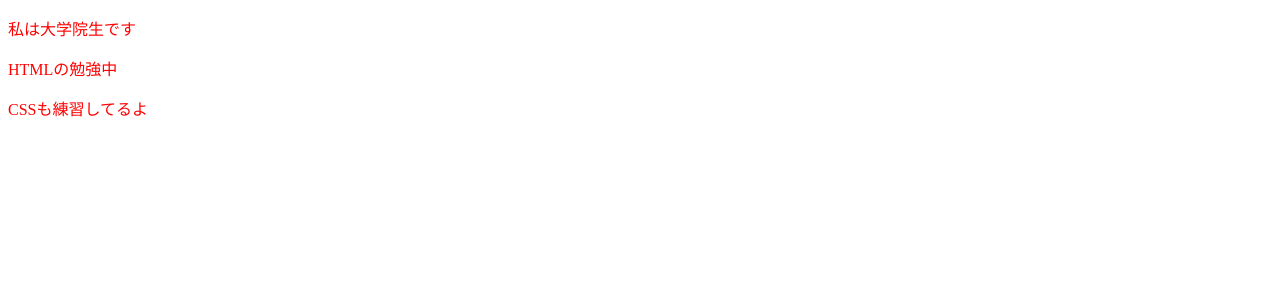
Repository: haruki-N/WebApp
Page: CSS/css_practice.html
The author's editor kept a record of every edit. The page is drawn from the files as they stood at one moment, then again after the next edit.
The browser window is 1280 px wide. The pictures show the whole page.

Above is the page before.

### CSS/css_practice.html
<!DOCTYPE html>
<html lang="ja">
<head>
    <link rel="stylesheet" href="practice.css" type="text/css" />
    <meta charset="UTF-8">
    <title>Practice Page for CSS</title>
</head>
<body>
    <p>私は大学院生です</p>
    <p>HTMLの勉強中</p>
    <p>CSSも練習してるよ</p>
</body>
</html>

### CSS/practice.css
h1, p {/* 複数要素指定 */
    color: red;
}

div p{/* 入れ子構造を指定 */
    color: blue;
}

h2:hover {
    color: green;
}

After the next edit:
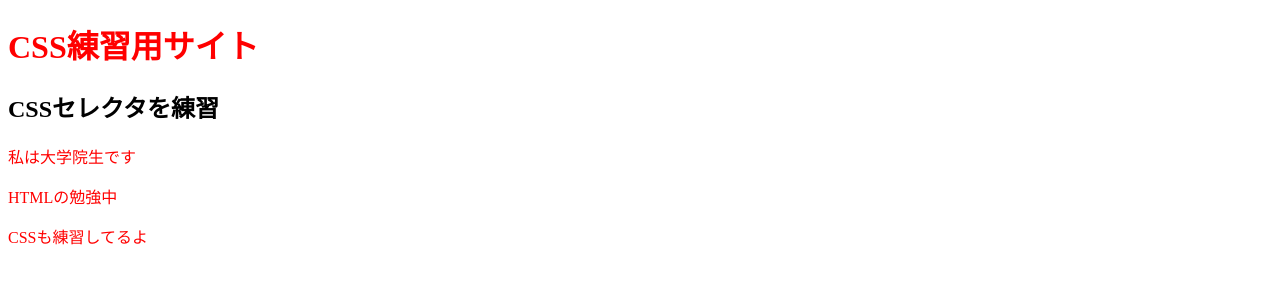
The edit:
--- a/CSS/css_practice.html
+++ b/CSS/css_practice.html
@@ -6,8 +6,10 @@
     <title>Practice Page for CSS</title>
 </head>
 <body>
-    <p>私は大学院生です</p>
-    <p>HTMLの勉強中</p>
-    <p>CSSも練習してるよ</p>
+    <h1>CSS練習用サイト</h1>
+    <h2>CSSセレクタを練習</h2>
+    <p id="who">私は大学院生です</p>
+    <p class="info">HTMLの勉強中</p>
+    <p class="info">CSSも練習してるよ</p>
 </body>
 </html>
